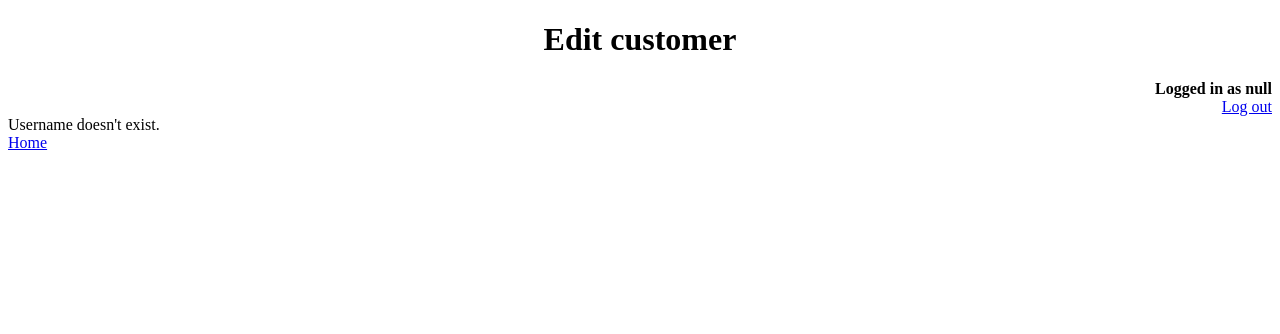
Repository: Pheazon/data_management
Page: http://localhost/cs336Final/editCustomer.jsp
The author's editor kept a copy of each file at every save. The page is drawn from the files as they stood at one save, then again after the next save.
The browser window is 1280 px wide. The pictures show the whole page.
The page is served by Tomcat 9. The database holds what the project's SQL file puts in it.

Above is the page before, as saved 2019-12-05 20:33:00.

After the next save:
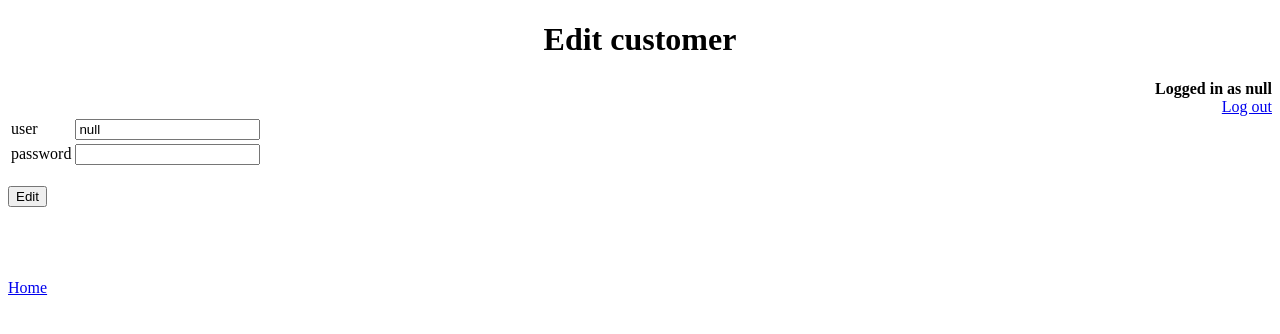
Saved 75 s later.
--- a/cs336Final/WebContent/editCustomer.jsp
+++ b/cs336Final/WebContent/editCustomer.jsp
@@ -34,9 +34,9 @@
 	//ResultSet result = statement.executeQuery(query);
 
 
-	if (rs.next()) {
-		String user = rs.getString("username");
-		String password = rs.getString("password");
+	//if (rs.next()) {
+	//	String user = rs.getString("username");
+	//	String password = rs.getString("password");
 
 	%>
 		<form method="post" action="editCustomerHandler.jsp">
@@ -58,9 +58,9 @@
 		<br><br><br>
 	<%
 
-	} else {
-		out.println("Username doesn't exist.");
-	}
+	//} else {
+	//	out.println("Username doesn't exist.");
+	//}
 
 	//rs.close();
 	//Statement.close();
